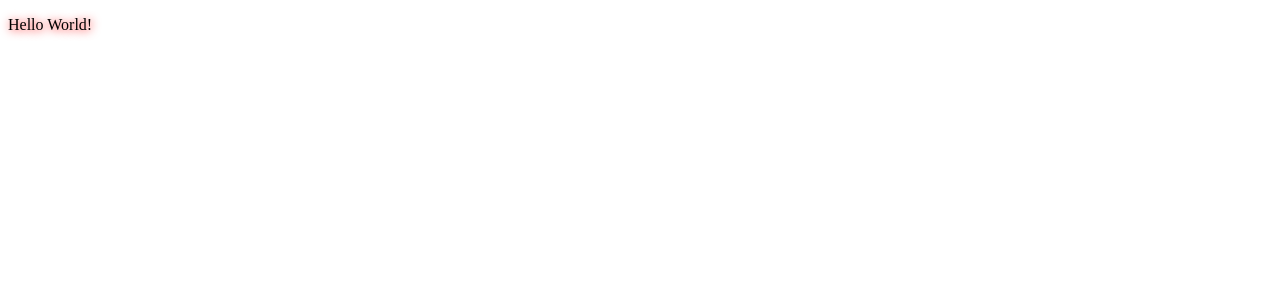
Repository: LavriaNeptune/css-basic
Page: typography/text-shadow.html
An editor plug-in stored every save of this project. The page is shown before and after a run of saves, followed by the edit.
The browser window is 1280 px wide. The pictures show the whole page.

Above is the page before, as saved 2022-08-19 02:19:54.

After the next 2 saves:
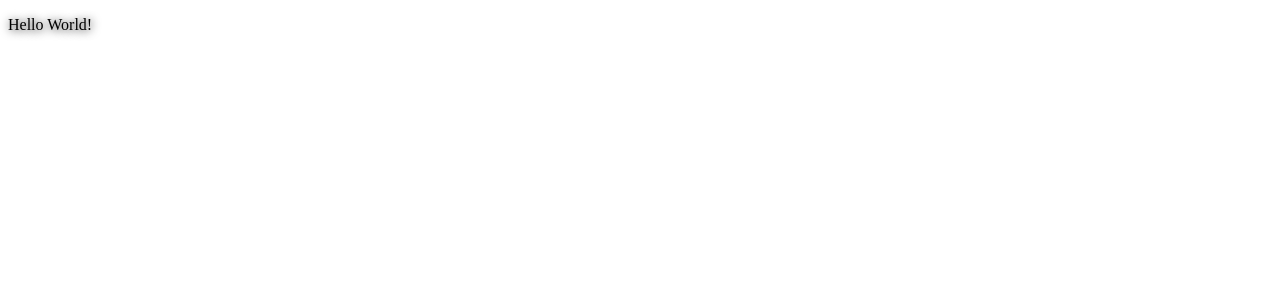
The 2 saves are shown as one change because they came seconds apart.
The last was saved 14 s later.
--- a/typography/text-shadow.html
+++ b/typography/text-shadow.html
@@ -4,7 +4,7 @@
   <head>
     <style>
       .target {
-        text-shadow: 1px 1px 10px red;
+        text-shadow: 1px 1px 10px ;
         /* text-shadow 属性用来定义当文字的阴影,取值格式:
           1px 1px 10px red -> 表示水平便宜距离和垂直便宜距离、模糊程度、颜色;注意颜色可以是任何合法的表示颜色的方式,当忽略颜色时为文字本身的颜色 */
       }
